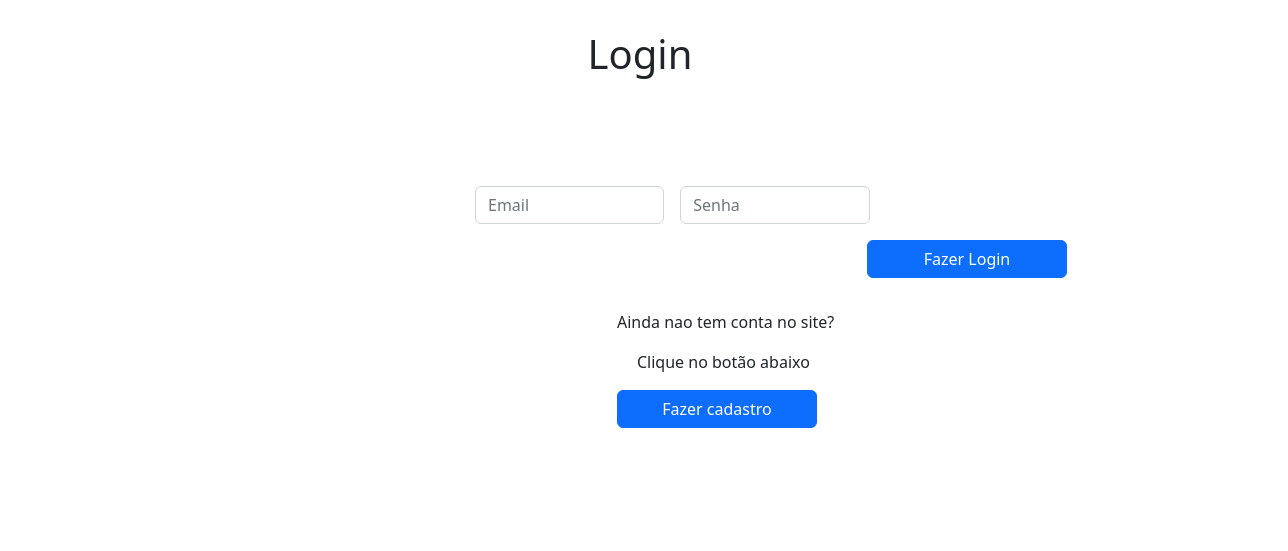
Repository: SamuelMachadoD/Java-Web-Aulas
Page: http://localhost/Redteam/WEB-INF/views/telaLogin.jsp
The author's editor kept a copy of each file at every save. The page is drawn from the files as they stood at one save, then again after the next save.
The browser window is 1280 px wide. The page is 1288 px wide, so the pictures cover 1288 px, including what lies to the right of the window. The pictures show the whole page.
The page is served by Tomcat 9. Nobody is signed in. The template is opened directly, without the code that normally fills it, so the values that code supplies are empty.

Above is the page before, as saved 2022-07-19 06:20:20.

After the next save:
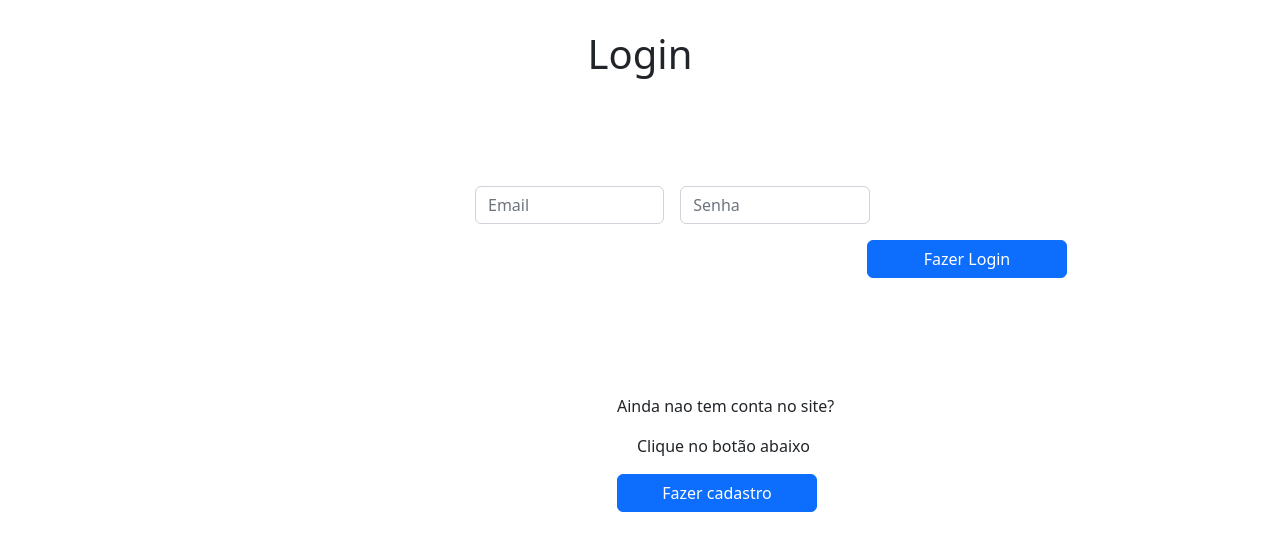
Saved 7 s later.
--- a/Redteam/src/main/webapp/WEB-INF/views/telaLogin.jsp
+++ b/Redteam/src/main/webapp/WEB-INF/views/telaLogin.jsp
@@ -38,7 +38,7 @@
         </div>
     </form>
     <form action="Entrada?acao=MostraCadastro" method="post" class="row g-3">
-        <div style="padding-left: 150px; margin-top: '100px;" class="col-12">
+        <div style="padding-left: 150px; margin-top: 100px;" class="col-12">
             <p >Ainda nao tem conta no site?</p>
             <p style="padding-left: 20px;">Clique no botão abaixo</p>
             <button style="width: 200px" type="submit" class="btn btn-primary">Fazer cadastro</button>
